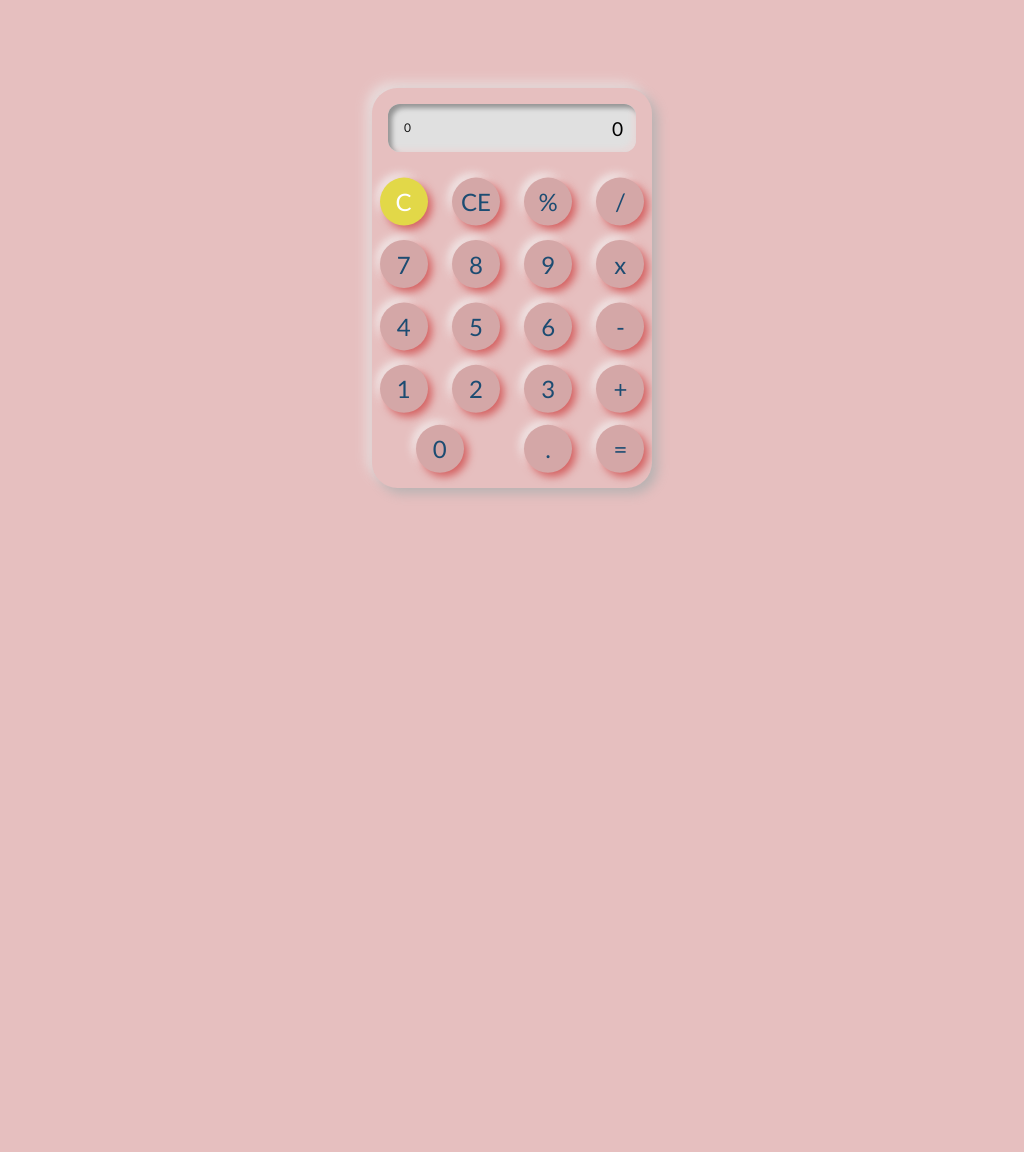
Repository: Goldmyn/Calculator
Page: index.html
These files come from the project's save history. The page is drawn as it stood at one moment and after the next save; the edit follows.
The browser window is 1280 px wide. The pictures show the whole page, at 80% of full size.
The pointer rests on the first visible `.button`.

Above is the page before, as saved 2022-09-28 04:34:07.

After the next save:
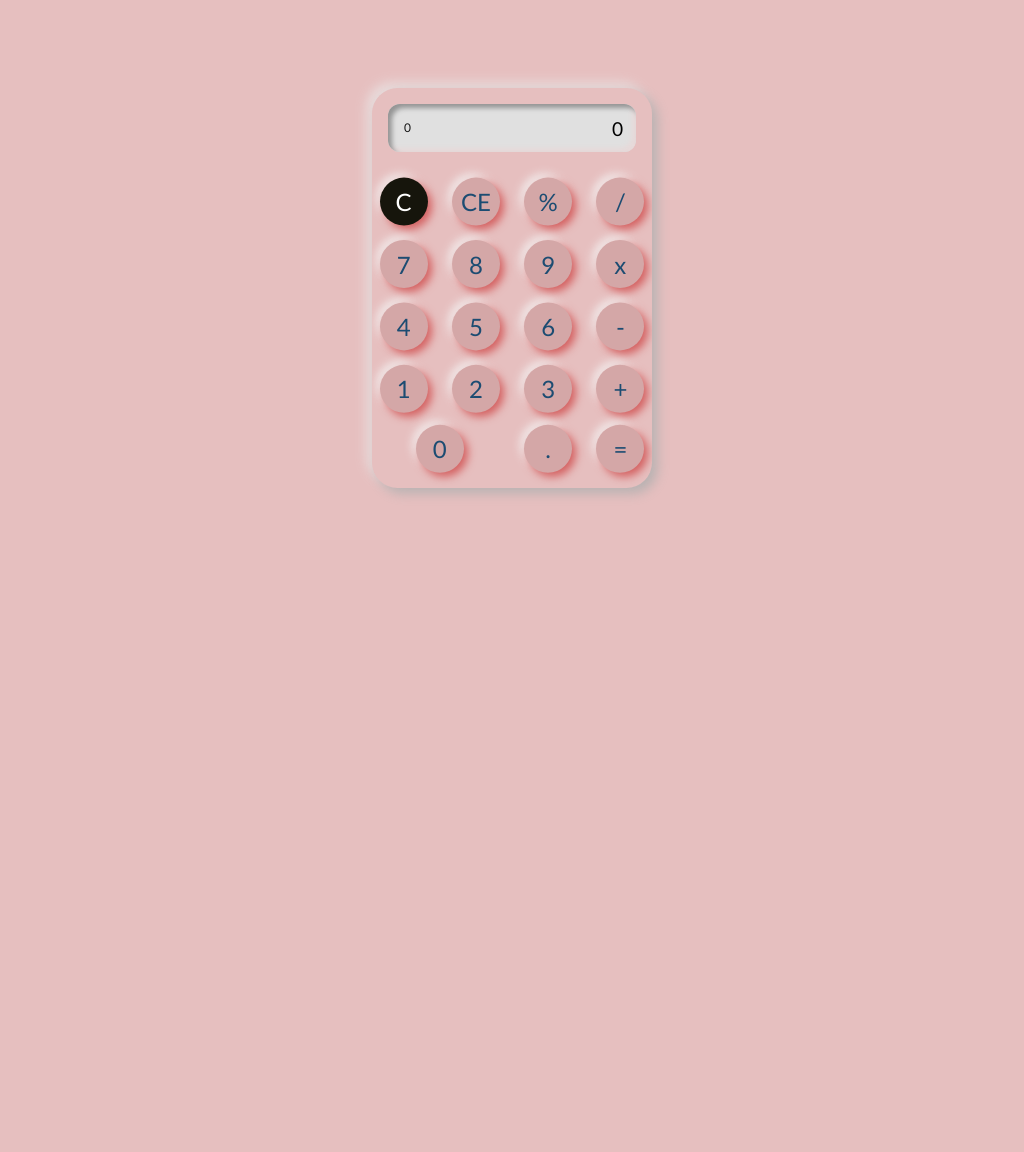
Saved 16 s later.
--- a/index.css
+++ b/index.css
@@ -84,7 +84,7 @@
     box-shadow: 5px 5px 11px #d45f5f, -5px -5px 11px #f1eaea;
   }
   .button:hover {
-    background-color: rgb(226, 216, 72);
+    background-color: rgb(22, 21, 12);
     color: white;
   }
   .btn-0 {
